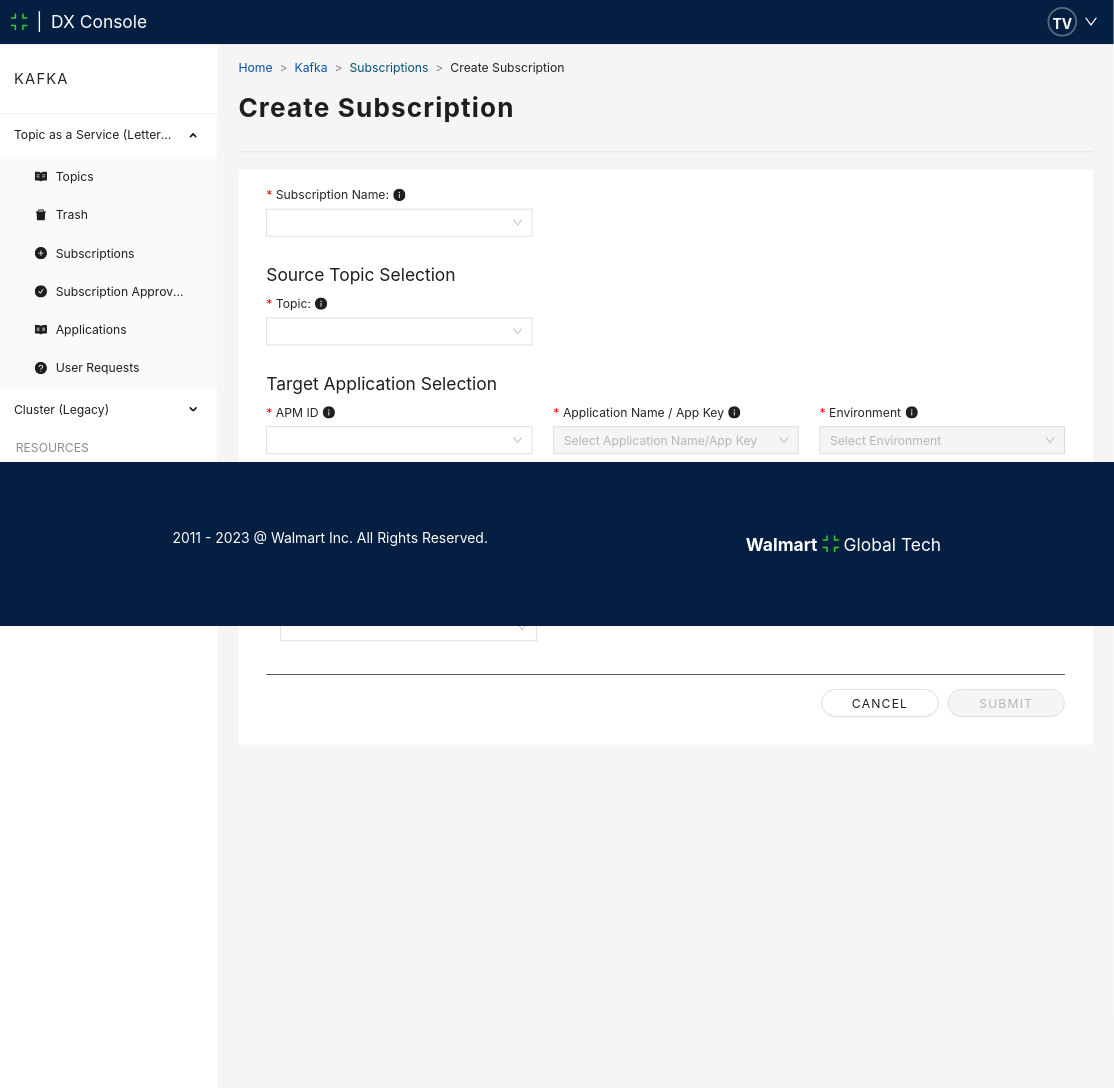
Repository: Qianying-Chai/kafka
Page: /kafka/subscriptions_active_tab=proxy/create
The author's editor kept a copy of each file at every save. The page is drawn from the files as they stood at one save, then again after the next save.
The browser window is 1280 px wide. The pictures show the whole page, at 87% of full size.
The project was rebuilt for these pictures with package versions that can differ from the ones it lists, and the page was loaded fresh each time. Also part of the build but not shown: src/pages/Components/ComponentsTable.jsx, src/pages/Components/ComponentsInput.jsx, src/pages/Components/ComponentsPagination.jsx, src/pages/Taas/Topics/Topics.jsx, src/pages/Taas/Topics/CreateTopics/Form/DetailsForm.jsx, src/pages/Taas/Topics/CreateTopics/CreateTopic.jsx, src/pages/Taas/Trash/Style/Trash.css, src/pages/Taas/Trash/Trash.jsx and 15 more.

Above is the page before, as saved 2024-01-15 22:12:33.

### src/redux/store.jsx
import { configureStore } from "@reduxjs/toolkit";
import reducer from "./reducer";
const store = configureStore({ reducer: reducer });
export default store;

### src/pages/common/Header.jsx
import React from "react";
import "./Style/Header.css";
import { CompressOutlined, UpOutlined, DownOutlined } from "@ant-design/icons";
import { Layout } from "antd";
import { useState } from "react";
const Header = () => {
  const [login, setLogin] = useState(true);

  return (
    <Layout>
      <Layout.Header className="header">
        <div className="header-content-left">
          <CompressOutlined className="header-left-icon" />
          <span className="header-left-divider">|</span>
          <span className="header-left-dx-console">DX Console </span>
        </div>
        <div className="header-content-right">
          <div className="user">
            <div className="user-icon">TV</div>
            {login ? (
              <DownOutlined
                className="login-button"
                onClick={() => {
                  setLogin((state) => !state);
                }}
              />
            ) : (
              <UpOutlined
                className="logout-button"
                onClick={() => {
                  setLogin((state) => !state);
                }}
              />
            )}
          </div>
          <div
            className="logout-pop-up"
            style={{
              display: login ? "none" : "block",
            }}
          >
            LOGOUT
          </div>
        </div>
      </Layout.Header>
    </Layout>
  );
};
export default Header;

### src/pages/common/categoryConstants.jsx
const categoryConstants = {
  TOPICS: "Topics",
  TRASH: "Trash",
  SUBSCRIPTIONS: "Subscriptions",
  SUBSCRIPTIONS_APPROVALS: "Subscription Approvals",
  APPLICATIONS: "Applications",
  USER_REQUESTS: "User Requests",
  CLUSTERS: "Clusters",
  MIGRATED_CLUSTERS: "Migrated Clusters",
  SUBSCRIPTION: "Subscription",
  USERE_REQUESTS_LEGACY: "User Requests (Legacy)",
  SUPPORT: "Support",
  CREATE_TOPIC: "Create Topic",
  CREATE_SUBSCRIPTION: "Create Subscription",
};

export default categoryConstants;

### src/pages/Taas/Subscriptions/SubscriptionsProxy/CreateSubscriptions/CreateSubscriptionsProxy.jsx
import React from "react";
import ComponentsContent from "../../../../Components/ComponentsContent";
import categoryConstants from "../../../../common/categoryConstants";
import ComponentsBreadcrumb from "../../../../Components/ComponentsBreadcrumb";
import ComponentsDivider from "../../../../Components/ComponentsDivider";
import ComponentsTitle from "../../../../Components/ComponentsTitle";
import SubscriptionName from "./Form/SubscriptionName";
import SourceTopicSelection from "./Form/SourceTopicSelection";
import TargetApplicationSelection from "./Form/TargetApplicationSelection";
import RequesterDetails from "./Form/RequesterDetails";
import { Button, ConfigProvider, Divider } from "antd";
const CreateSubscriptionsProxy = () => {
  return (
    <ConfigProvider
      theme={{
        token: {
          borderRadius: 0,
        },
      }}
    >
      <div>
        <ComponentsBreadcrumb
          items={[
            {
              title: "Home",
            },
            {
              title: "Kafka",
            },
            {
              title: categoryConstants.SUBSCRIPTIONS,
              href: `/kafka/${categoryConstants.SUBSCRIPTIONS.toLowerCase()}_active_tab=nonProxy`,
            },
            {
              title: categoryConstants.CREATE_SUBSCRIPTION,
            },
          ]}
        />
        <div className="content-banner">
          <ComponentsTitle title={categoryConstants.CREATE_SUBSCRIPTION} />
        </div>
      </div>
      <ComponentsContent>
        <SubscriptionName />
        <SourceTopicSelection />

        <TargetApplicationSelection />
        <Divider />
        <RequesterDetails />
        <ComponentsDivider />
        <div className="buttons-wrapper">
          <Button shape="round" size={"medium"} className="cancel-button">
            CANCEL
          </Button>
          <Button
            shape="round"
            size={"medium"}
            disabled
            className="submit-button"
          >
            SUBMIT
          </Button>
        </div>
      </ComponentsContent>
    </ConfigProvider>
  );
};
export default CreateSubscriptionsProxy;

### src/pages/common/Footer.jsx
import React from "react";
import { Layout } from "antd";
import { CompressOutlined } from "@ant-design/icons";
import "./Style/Footer.css";

const Footer = () => {
  return (
    <Layout.Footer className="footer">
      <div className="footer-text-left">
        2011 - 2023 @ Walmart Inc. All Rights Reserved.
      </div>
      <div className="footer-text-right">
        <span className="footer-text-right-walmart">Walmart</span>
        <CompressOutlined className="footer-icon" />
        <span className="footer-text-right-global-tech">Global Tech</span>
      </div>
    </Layout.Footer>
  );
};

export default Footer;

### src/redux/reducer.jsx
import { SET_PATH_NAME, SET_SELECTED_TAAS_SUBSCRIPTIONS } from "./constants";
const initialState = {
  pathName: "",
  selectedTaasSubscriptions: "nonProxy",
};
const reducer = (state = initialState, action) => {
  const { type, payload } = action;
  switch (type) {
    case SET_PATH_NAME:
      return { ...state, pathName: payload };
    case SET_SELECTED_TAAS_SUBSCRIPTIONS:
      return { ...state, selectedTaasSubscriptions: payload };
    default:
      return state;
  }
};

export default reducer;

### src/pages/common/Style/Header.css
.header {
  justify-content: space-between;
  padding: 0 12px;
  background-color: rgb(4, 31, 65);
  height: 51px;
  line-height: 51px;
  color: #ffffff;
}

.header,
.user {
  display: flex;
}

.header-content-left {
  font-size: 20px;
}

.header-left-icon {
  color: #32cd32;
}

.header-left-divider {
  margin: 0 10px;
}

.header-content-right {
  font-weight: bolder;
  flex-direction: column;
  font-size: 1rem;
  width: 76px;
  padding-left: 12px;
}

.user {
  margin: 8px 0px;
}
.user-icon {
  height: 34px;
  line-height: 34px;
  width: 34px;
  border-radius: 50%;
  text-align: center;
}
.user-icon,
.logout-pop-up {
  border: 2px solid rgba(225, 225, 225, 0.4);
}

.login-button,
.logout-button {
  padding-left: 8px;
}

.logout-pop-up {
  transition: all 10s ease-out;
  width: 100px;
  height: 60px;
  line-height: 60px;
  position: absolute;
  right: 0px;
  z-index: 999;
  font-size: 15px;
  letter-spacing: 1pt;
  text-align: center;
  justify-content: center;
  color: rgb(94, 91, 91);
  box-shadow: 0px 0px 4px 4px rgba(176, 174, 174, 0.4);
}

### src/pages/common/Style/Sider.css
.sider {
  min-height: 1200px;
}

.slider-top {
  height: 80px;
  border-bottom: 1px solid rgb(239, 239, 239);
}
.slider-top-content {
  height: 100%;
  display: flex;
  align-items: center;
  margin-left: 16px;
  letter-spacing: 1pt;
  font-size: 17px;
  color: #000000d9;
}

### src/pages/Components/ComponentsContent.jsx
import React from "react";
import "../common/Style/Content.css";
import { Layout, theme } from "antd";

const ComponentsContent = (props) => {
  const {
    token: { colorBgContainer },
  } = theme.useToken();

  return (
    <div>
      <Layout.Content
        style={{
          padding: "20px 32px 32px",
          minHeight: 280,
          background: colorBgContainer,
        }}
        {...props}
      ></Layout.Content>
    </div>
  );
};
export default ComponentsContent;

### src/pages/Components/ComponentsBreadcrumb.jsx
import React from "react";
import { Breadcrumb, ConfigProvider } from "antd";

const ComponentsBreadcrumb = (props) => {
  return (
    <ConfigProvider
      theme={{
        components: {
          Breadcrumb: {
            lastItemColor: "#000000D9",
            linkColor: "#075179",
            itemColor: "#0751A9",
            linkHoverColor: "#F5F5F5",
          },
          token: {
            colorBgTextHover: "#F5F5F5",
          },
        },
      }}
    >
      <div>
        <Breadcrumb
          style={{
            margin: "16px 0",
          }}
          separator=">"
          items={props.items}
        ></Breadcrumb>
      </div>
    </ConfigProvider>
  );
};
export default ComponentsBreadcrumb;

### src/pages/Components/ComponentsTitle.jsx
import React from "react";
import { Typography, ConfigProvider } from "antd";
const { Title } = Typography;

const ComponentsTitle = (props) => {
  return (
    <>
      <ConfigProvider
        theme={{
          components: {
            token: {
              colorText: "#041E42",
            },
          },
        }}
      >
        <Title level={2} style={{ fontWeight: "bold" }}>
          {props.title}
        </Title>
      </ConfigProvider>
    </>
  );
};

export default ComponentsTitle;

### src/pages/Components/ComponentsDivider.jsx
import React from "react";
import { Divider, ConfigProvider } from "antd";
const ComponentsDivider = () => (
  <ConfigProvider
    theme={{
      token: {
        colorSplit: "rgba(0, 0, 0, 0.85)",
        marginLG: 16,
      },
    }}
  >
    {" "}
    <Divider />
  </ConfigProvider>
);
export default ComponentsDivider;

### src/pages/Taas/Topics/Style/CreateTopic.css
.buttons-wrapper {
  display: flex;
  justify-content: flex-end;
}

.cancel-button,
.submit-button {
  letter-spacing: 1pt;
  padding: 4px 15px;
  width: 135px;
}
.cancel-button {
  margin-right: 10px;
}

### src/pages/Taas/Subscriptions/SubscriptionsProxy/CreateSubscriptions/Form/SubscriptionName.jsx
import React, { useMemo, useRef, useState } from "react";
import SelectTitle from "../../../../../Components/SelectTitle";
import { Col, Row, Select, Spin } from "antd";
import debounce from "lodash/debounce";

const SubscriptionName = () => {
  function DebounceSelect({ fetchOptions, debounceTimeout = 800, ...props }) {
    const [fetching, setFetching] = useState(false);
    const [options, setOptions] = useState([]);
    const fetchRef = useRef(0);
    const debounceFetcher = useMemo(() => {
      const loadOptions = (value) => {
        fetchRef.current += 1;
        const fetchId = fetchRef.current;
        setOptions([]);
        setFetching(true);
        fetchOptions(value).then((newOptions) => {
          if (fetchId !== fetchRef.current) {
            // for fetch callback order
            return;
          }
          setOptions(newOptions);
          setFetching(false);
        });
      };
      return debounce(loadOptions, debounceTimeout);
    }, [fetchOptions, debounceTimeout]);
    return (
      <Select
        labelInValue
        filterOption={false}
        onSearch={debounceFetcher}
        notFoundContent={fetching ? <Spin size="small" /> : null}
        {...props}
        options={options}
      />
    );
  }
  async function fetchUserList(username) {
    console.log("fetching user", username);
    return fetch("https://randomuser.me/api/?results=5")
      .then((response) => response.json())
      .then((body) =>
        body.results.map((user) => ({
          label: `${user.name.first} ${user.name.last}`,
          value: user.login.username,
        }))
      );
  }
  const [value, setValue] = useState([]);

  return (
    <>
      <Row style={{ display: "flex", flexFlow: "nowrap" }}>
        <Col
          span={8}
          className="col"
          style={{
            marginRight: "12px",
          }}
        >
          <SelectTitle title={"Subscription Name:"} />
          <DebounceSelect
            mode="multiple"
            value={value}
            fetchOptions={fetchUserList}
            onChange={(newValue) => {
              setValue(newValue);
            }}
            className="select"
          />
        </Col>
      </Row>
    </>
  );
};
export default SubscriptionName;

### src/pages/Taas/Subscriptions/SubscriptionsProxy/CreateSubscriptions/Form/SourceTopicSelection.jsx
import React, { useMemo, useState, useRef } from "react";
import SelectTitle from "../../../../../Components/SelectTitle";
import debounce from "lodash/debounce";
import { Col, Row, Select, Spin, Typography } from "antd";
const { Title } = Typography;

const SourceTopicSelection = () => {
  function DebounceSelect({ fetchOptions, debounceTimeout = 800, ...props }) {
    const [fetching, setFetching] = useState(false);
    const [options, setOptions] = useState([]);
    const fetchRef = useRef(0);
    const debounceFetcher = useMemo(() => {
      const loadOptions = (value) => {
        fetchRef.current += 1;
        const fetchId = fetchRef.current;
        setOptions([]);
        setFetching(true);
        fetchOptions(value).then((newOptions) => {
          if (fetchId !== fetchRef.current) {
            // for fetch callback order
            return;
          }
          setOptions(newOptions);
          setFetching(false);
        });
      };
      return debounce(loadOptions, debounceTimeout);
    }, [fetchOptions, debounceTimeout]);
    return (
      <Select
        labelInValue
        filterOption={false}
        onSearch={debounceFetcher}
        notFoundContent={fetching ? <Spin size="small" /> : null}
        {...props}
        options={options}
      />
    );
  }

  const [value, setValue] = useState([]);

  async function fetchUserList(username) {
    console.log("fetching user", username);
    return fetch("https://randomuser.me/api/?results=5")
      .then((response) => response.json())
      .then((body) =>
        body.results.map((user) => ({
          label: `${user.name.first} ${user.name.last}`,
          value: user.login.username,
        }))
      );
  }
  // const handleChange = (value) => {
  //   console.log(`selected ${value}`);
  // };

  return (
    <>
      <Title level={4} style={{ fontWeight: "normal", paddingTop: "20px" }}>
        Source Topic Selection
      </Title>
      <Row style={{ display: "flex", flexFlow: "nowrap" }}>
        <Col
          span={8}
          style={{
            marginRight: "12px",
          }}
        >
          <SelectTitle title={"Topic:"} />
          <DebounceSelect
            className="select"
            mode="multiple"
            value={value}
            fetchOptions={fetchUserList}
            onChange={(newValue) => {
              setValue(newValue);
            }}
            style={{
              width: "100%",
              margin: "0 0 10px",
            }}
          />
        </Col>
      </Row>
    </>
  );
};

export default SourceTopicSelection;

### src/pages/Taas/Subscriptions/SubscriptionsProxy/CreateSubscriptions/Form/RequesterDetails.jsx
import React, { useMemo, useState, useRef } from "react";
import SelectTitle from "../../../../../Components/SelectTitle";
import debounce from "lodash/debounce";
import { Col, Row, Select, Spin, Typography, Collapse } from "antd";
const { Title } = Typography;

const RequesterDetails = () => {
  function DebounceSelect({ fetchOptions, debounceTimeout = 800, ...props }) {
    const [fetching, setFetching] = useState(false);
    const [options, setOptions] = useState([]);
    const fetchRef = useRef(0);
    const debounceFetcher = useMemo(() => {
      const loadOptions = (value) => {
        fetchRef.current += 1;
        const fetchId = fetchRef.current;
        setOptions([]);
        setFetching(true);
        fetchOptions(value).then((newOptions) => {
          if (fetchId !== fetchRef.current) {
            // for fetch callback order
            return;
          }
          setOptions(newOptions);
          setFetching(false);
        });
      };
      return debounce(loadOptions, debounceTimeout);
    }, [fetchOptions, debounceTimeout]);
    return (
      <Select
        labelInValue
        filterOption={false}
        onSearch={debounceFetcher}
        notFoundContent={fetching ? <Spin size="small" /> : null}
        {...props}
        options={options}
      />
    );
  }

  const [value, setValue] = useState([]);

  async function fetchUserList(username) {
    console.log("fetching user", username);
    return fetch("https://randomuser.me/api/?results=5")
      .then((response) => response.json())
      .then((body) =>
        body.results.map((user) => ({
          label: `${user.name.first} ${user.name.last}`,
          value: user.login.username,
        }))
      );
  }
  // const handleChange = (value) => {
  //   console.log(`selected ${value}`);
  // };

  return (
    <Collapse defaultActiveKey={["1"]} ghost bordered={"false"}>
      <Collapse.Panel
        header={
          <Title level={4} style={{ fontWeight: "normal", paddingTop: "20px" }}>
            Requester Details
          </Title>
        }
        key="1"
      >
        <Row style={{ display: "flex", flexFlow: "nowrap" }}>
          <Col
            span={8}
            style={{
              marginRight: "12px",
            }}
          >
            <SelectTitle title={"Topic:"} />
            <DebounceSelect
              className="select"
              mode="multiple"
              value={value}
              fetchOptions={fetchUserList}
              onChange={(newValue) => {
                setValue(newValue);
              }}
              style={{
                width: "100%",
                margin: "0 0 10px",
              }}
            />
          </Col>
        </Row>
      </Collapse.Panel>
    </Collapse>
  );
};

export default RequesterDetails;

### src/pages/common/Style/Footer.css
.footer {
  text-emphasis-style: center;
  background-color: #041f41;
  color: white;
  display: flex;
  justify-content: space-around;
  height: 189px;
  align-items: center;
  width: 100%;
  position: fixed;
  bottom: 0;
}

.footer-icon {
  font-size: 20px;
  color: #32cd32;
}

.footer-text-left {
  font-size: 16px;
  margin-bottom: 16px;
}

.footer-text-right {
  font-size: 20px;
}

.footer-text-right-walmart {
  font-weight: bold;
  padding-right: 5px;
}

.footer-text-right-global-tech {
  padding-left: 5px;
}

### src/redux/constants.jsx
const SET_PATH_NAME = "SET_PATH_NAME";
const SET_SELECTED_TAAS_SUBSCRIPTIONS = "SET_SELECTED_TAAS_SUBSCRIPTIONS";
export { SET_PATH_NAME };
export { SET_SELECTED_TAAS_SUBSCRIPTIONS };

### src/pages/common/Style/Content.css
.content-banner {
  height: 70px;
  display: flex;
  justify-content: space-between;
  background-color: #f5f5f5;
  color: #041e42;
  letter-spacing: 1pt;
  border-bottom: 1px solid rgba(167, 164, 164, 0.3);
  margin-bottom: 20px;
  padding-bottom: 15px;
}

.content-banner-button {
  background-color: #041f41;
  color: #ffffff;
  letter-spacing: 1pt;
}

.content-text {
  margin: 24px 0 20px;
}

### src/pages/Components/SelectTitle.jsx
import React from "react";
import "./Style/SelectTitle.css";
import { InfoCircleFilled } from "@ant-design/icons";
const SelectTitle = (props) => {
  return (
    <div className="Select-title-wrapper">
      <span className="prefix">*</span>
      <span className="Select-title">{props.title}</span>
      <InfoCircleFilled />
    </div>
  );
};

export default SelectTitle;

### src/pages/Taas/Topics/Style/DetailsForm.css
.select {
  margin: 0 0 10px;
  width: 100%;
}

### src/pages/Components/Style/SelectTitle.css
.prefix {
  color: red;
  margin-right: 4px;
}

.Select-title-wrapper {
  padding-bottom: 8px;
}

.Select-title {
  margin-right: 5px;
  color: rgba(0, 0, 0, 0.85);
}

Loaded but not shown: public/index.html (common file); src/style/index.css (common file); src/App.js (104 lines, source omitted); src/index.js (16 lines, source omitted); src/pages/common/Sider.jsx (186 lines, source omitted); src/pages/Taas/Subscriptions/SubscriptionsProxy/CreateSubscriptions/Form/TargetApplicationSelection.jsx (118 lines, source omitted)

After the next save:
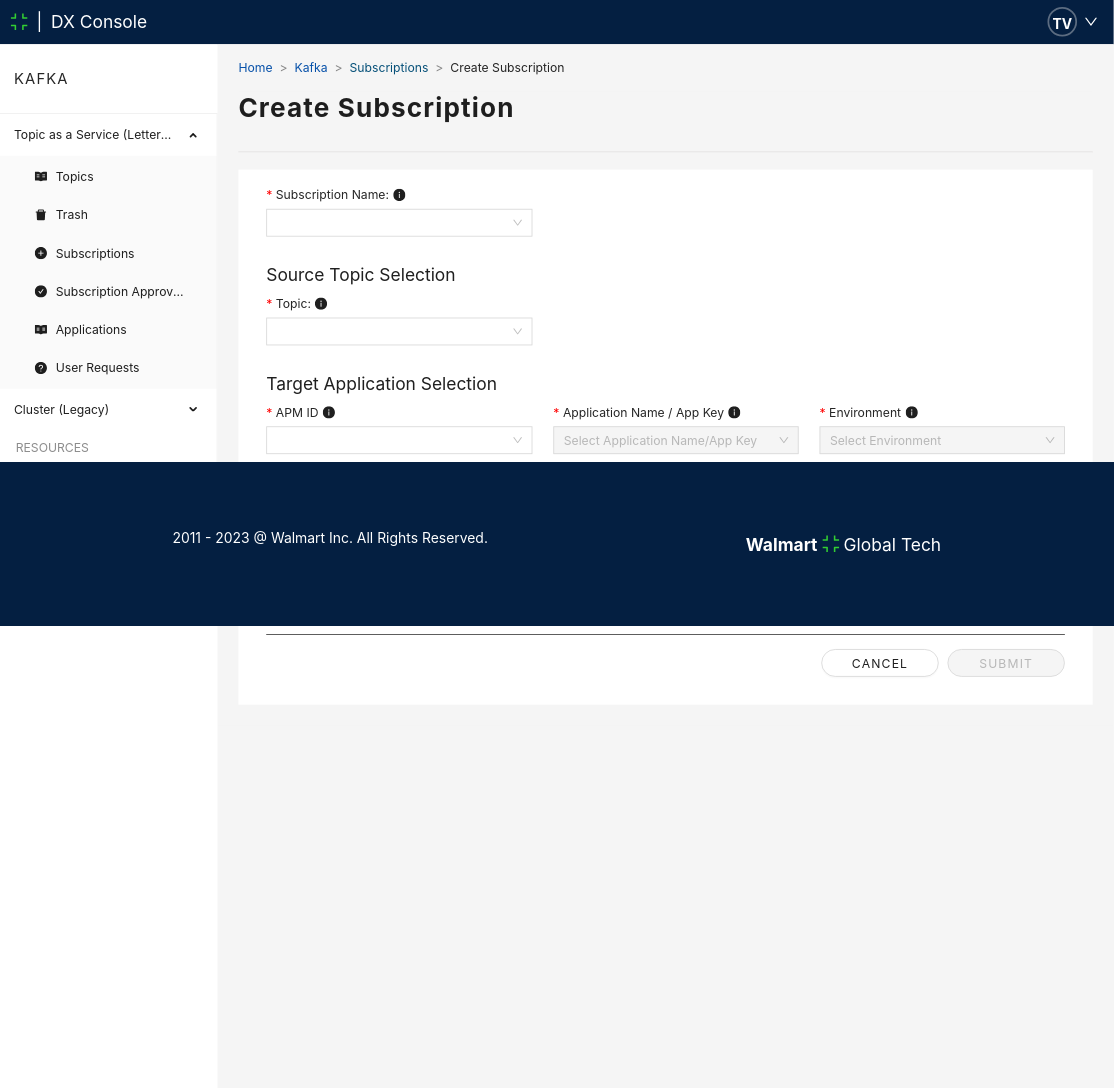
Saved 72 s later.
--- a/src/pages/Taas/Subscriptions/SubscriptionsProxy/CreateSubscriptions/Form/RequesterDetails.jsx
+++ b/src/pages/Taas/Subscriptions/SubscriptionsProxy/CreateSubscriptions/Form/RequesterDetails.jsx
@@ -56,39 +56,33 @@
   // };
 
   return (
-    <Collapse defaultActiveKey={["1"]} ghost bordered={"false"}>
-      <Collapse.Panel
-        header={
-          <Title level={4} style={{ fontWeight: "normal", paddingTop: "20px" }}>
-            Requester Details
-          </Title>
-        }
-        key="1"
-      >
-        <Row style={{ display: "flex", flexFlow: "nowrap" }}>
-          <Col
-            span={8}
+    <Collapse defaultActiveKey={["1"]} ghost>
+      <Title level={4} style={{ fontWeight: "normal", paddingTop: "20px" }}>
+        Source Topic Selection
+      </Title>
+      <Row style={{ display: "flex", flexFlow: "nowrap" }}>
+        <Col
+          span={8}
+          style={{
+            marginRight: "12px",
+          }}
+        >
+          <SelectTitle title={"Topic:"} />
+          <DebounceSelect
+            className="select"
+            mode="multiple"
+            value={value}
+            fetchOptions={fetchUserList}
+            onChange={(newValue) => {
+              setValue(newValue);
+            }}
             style={{
-              marginRight: "12px",
+              width: "100%",
+              margin: "0 0 10px",
             }}
-          >
-            <SelectTitle title={"Topic:"} />
-            <DebounceSelect
-              className="select"
-              mode="multiple"
-              value={value}
-              fetchOptions={fetchUserList}
-              onChange={(newValue) => {
-                setValue(newValue);
-              }}
-              style={{
-                width: "100%",
-                margin: "0 0 10px",
-              }}
-            />
-          </Col>
-        </Row>
-      </Collapse.Panel>
+          />
+        </Col>
+      </Row>
     </Collapse>
   );
 };
